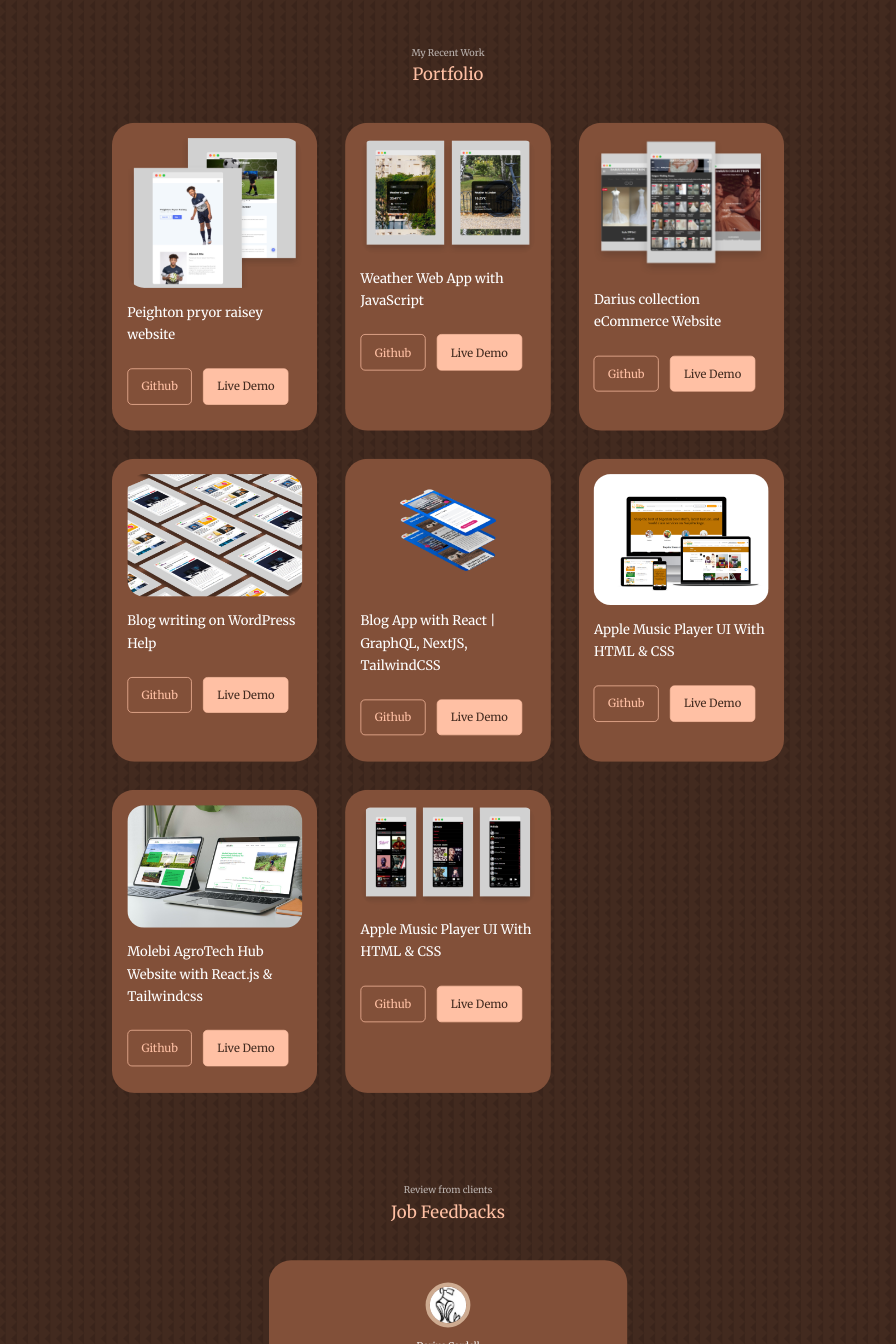
Repository: akinolapo/akinolapo-react
Page: /
The author's editor kept a copy of each file at every save. The page is drawn from the files as they stood at one save, then again after a run of saves.
The browser window is 1280 px wide. The pictures show the part of the page from y = 2976 to 4896 px (the page is 6514 px tall), at 70% of full size.
The project was rebuilt for these pictures with package versions that can differ from the ones it lists, and the page was loaded fresh each time.

Above is the page before, as saved 2023-06-12 16:11:48.

### public/index.html
<!DOCTYPE html>
<html lang="en">

<head>
    <meta charset="UTF-8">
    <meta http-equiv="X-UA-Compatible" content="IE=edge">
    <meta name="viewport" content="width=device-width, initial-scale=1.0">
    <meta
      name="description"
      content="I am a Front-end Developer who has worked for several companies. I have developed websites for small businesses, large companies and individuals."
    />
    <meta name="p:domain_verify" content="1e6b47b5f0d710033c44561e0f1e8f04"/>
    <link rel="apple-touch-icon" sizes="180x180" href="%PUBLIC_URL%/assets/apple-touch-icon.png">
    <link rel="icon" type="image/png" sizes="32x32" href="%PUBLIC_URL%/assets/favicon-32x32.png">
    <link rel="icon" type="image/png" sizes="16x16" href="%PUBLIC_URL%/assets/favicon-16x16.png">
    <link rel="manifest" href="%PUBLIC_URL%/assets/site.webmanifest">
    <link rel="mask-icon" href="%PUBLIC_URL%/assets/safari-pinned-tab.svg" color="#5bbad5">
    <meta name="msapplication-TileColor" content="#da532c">
    <meta name="theme-color" content="#ffffff">
    <title>Peace Akinola || Frontend Developer || IT Support Specialist</title>
</head>

<body>
    <div id="root"></div>
</body>

</html>

### src/App.jsx
import React from 'react'
import Header from './components/header/header'
import Nav from './components/nav/nav'
import About from './components/about/about'
import Experience from './components/experience/experience'
import Services from './components/services/services'
import Portfolio from './components/portfolio/portfolio'
import Review from './components/review/review'
import Contact from './components/contact/contact'
import Footer from './components/footer/footer'

const App = () => {
  return (
    <>
    <Header/>
    <Nav/>
    <About/>
    <Experience/>
    <Services/>
    <Portfolio/>
    <Review/>
    <Contact/>
    <Footer/>
    </>
  )
}

export default App

### src/components/header/header.jsx
import React from 'react'
import './header.css'
import CTA from './CTA'
// import ME from '../../assets/me.png'
import HeaderSocials from './headersocials'

const header = () => {
  return (
    <header>
      <div className="container header__container">
        <h5>Hello I'm</h5>
        <h1>Peace Akinola</h1>
        <h5 className="text-light">Frontend Developer</h5>
        <CTA/>
        <HeaderSocials/>

        <div className="me">
          <img src={process.env.PUBLIC_URL+`assets/me.png`} alt='me'></img>
        </div>

        <a href='#contact' className='scroll__down'>Scroll Down</a>
      </div>
    </header>
  )
}

export default header

### src/components/nav/nav.jsx
import React from 'react'
import './nav.css'
import {AiOutlineHome, AiOutlineUser, AiOutlineBook, AiOutlineMessage} from 'react-icons/ai'
import {RiServiceLine} from 'react-icons/ri'
import {BiBriefcase} from 'react-icons/bi'
import { useState } from 'react'

const Nav = () => {
  const [activeNav, setActiveNav] = useState('#')
  return (
    <nav>
      <a href='#' onClick={() => setActiveNav('#')} className={activeNav === '#' ? 'active' : ''}><AiOutlineHome/></a>
      <a href='#about' onClick={() => setActiveNav('#about')}  className={activeNav === '#about' ? 'active' : ''}><AiOutlineUser/></a>
      <a href='#experience' onClick={() => setActiveNav('#experience')}  className={activeNav === '#experience' ? 'active' : ''}><AiOutlineBook/></a>
      <a href='#services' onClick={() => setActiveNav('#services')}  className={activeNav === '#services' ? 'active' : ''}><RiServiceLine/></a>
      <a href='#portfolio' onClick={() => setActiveNav('#portfolio')}  className={activeNav === '#portfolio' ? 'active' : ''}><BiBriefcase/></a>
      <a href='#contact' onClick={() => setActiveNav('#contact')}  className={activeNav === '#contact' ? 'active' : ''}><AiOutlineMessage/></a>
    </nav>
  )
}

export default Nav

### src/components/about/about.jsx
import React from 'react'
import './about.css'
// import ME from '../../../public/assets/me-about.JPG'
import{FaAward} from 'react-icons/fa'
import{FiUsers} from 'react-icons/fi'
import{VscFolderLibrary} from 'react-icons/vsc'

const about = () => {
  return (
    <section id='about'>
      <h5>Get To Know</h5>
      <h2>About Me</h2>

      <div className="container about__container">
        <div className="about__me">
          <div className="about__me-img">
            <img src={process.env.PUBLIC_URL+`assets/me-about.JPG`} alt="Peace Akinola Working" />
          </div>
        </div>
        <div className="about__content">
          <div className="about__cards">
            <article className='about__card'>
              <FaAward className='about__icon'/>
              <h5>Experience</h5>
              <small>4+ Years Working</small>
            </article>

            <article className='about__card'>
              <FiUsers className='about__icon'/>
              <h5>Clients</h5>
              <small>20 + Worldwide</small>
            </article>

            <article className='about__card'>
              <VscFolderLibrary className='about__icon'/>
              <h5>Projects</h5>
              <small>50+ Completed</small>
            </article>
          </div>

          <p>
          Scrupulous web developer with over 4 years of front-end experience and admiration for responsive website design and a firm believer in the mobile-first approach.
          </p>
          <a href='#contact' className='btn btn-primary'>Let's Talk</a>
        </div>
      </div>
    </section>
  )
}

export default about

### src/components/portfolio/portfolio.jsx
import React from 'react'
import './portfolio.css'

// DATA ARRAY FOR PORTFOLIO DATA

const data =[
  {
  id: 1,
  image: process.env.PUBLIC_URL+`assets/portfolio1.png`,
  title: 'Peighton pryor raisey website',
  github: 'https://github.com/akinolapo',
  demo: 'https://p8on.net'
},
{
  id: 2,
  image: process.env.PUBLIC_URL+`assets/portfolio2.png`,
  title: 'Darius collection eCommerce Website',
  github: 'https://github.com/akinolapo',
  demo: 'https://www.dariuscordell.com'
},
{
  id: 3,
  image: process.env.PUBLIC_URL+`assets/portfolio3.png`,
  title: 'Blog App with React | GraphQL, NextJS, TailwindCSS',
  github: 'https://github.com/akinolapo/usefulhandles_blog',
  demo: 'https://wordpressvee.vercel.app'
},
{
  id: 4,
  image: process.env.PUBLIC_URL+`assets/portfolio4.png`,
  title: 'Blog writing on WordPress Help',
  github: 'https://github.com/akinolapo',
  demo: 'https://www.bookwebmaster.com'
},
{
  id: 5,
  image: process.env.PUBLIC_URL+`assets/portfolio5.png`,
  title: 'Weather Web App with JavaScript',
  github: 'https://github.com/akinolapo/cityWeatherApp',
  demo: 'https://weatherappforcities.netlify.app'
},
{
  id: 6,
  image: process.env.PUBLIC_URL+`assets/portfolio6.png`,
  title: 'Apple Music Player UI With HTML & CSS',
  github: 'https://github.com/akinolapo/ios-music-player',
  demo: 'https://ios-music-player.netlify.app/'
},
{
  id: 7,
  image: process.env.PUBLIC_URL+`assets/portfolio7.jpg`,
  title: 'Molebi AgroTech Hub Website with React.js & Tailwindcss',
  github: 'https://github.com/akinolapo/agric-tech',
  demo: 'https://molebi-agrotech-hub.pages.dev'
},
{
  id: 8,
  image: process.env.PUBLIC_URL+`assets/portfolio8.jpg`,
  title: 'Apple Music Player UI With HTML & CSS',
  github: 'https://github.com/akinolapo/ios-music-player',
  demo: 'https://ios-music-player.netlify.app/'
}
];

const shuffleArray = (array) => {
  const newArray = [...array];
  for (let i = newArray.length - 1; i > 0; i--) {
    const j = Math.floor(Math.random() * (i + 1));
    [newArray[i], newArray[j]] = [newArray[j], newArray[i]];
  }
  return newArray;
};

const portfolio = () => {
  const shuffledData = shuffleArray(data);
  return (
    <section id='portfolio'>
      <h5>My Recent Work</h5>
      <h2>Portfolio</h2>

      <div className="container portfolio__container">
       {
         shuffledData.map(({id, image, title, github, demo})=>{
           return (
            <article key={id} className='portfolio__item'>
            <div className="portfolio__item-image">
              <img src={image} alt={title}></img>
            </div>
            <h3>{title}</h3>
            <div className="portfolio__item-cta">
            <a href={github} rel="noreferrer" target='_blank' className='btn'>Github</a>
            <a href={demo} rel="noreferrer" target='_blank' className='btn btn btn-primary'>Live Demo</a>
            </div>
          </article>
           )
         })
       }
      </div>
    </section>
  )
}

export default portfolio

### src/components/footer/footer.jsx
import React from 'react'
import './footer.css'
import {FaFacebookF} from 'react-icons/fa'
import {FiInstagram} from 'react-icons/fi'
import {IoLogoTwitter} from 'react-icons/io'
import {FaPinterestP} from 'react-icons/fa'

const footer = () => {
  return (
    <footer>
        <a href='#' className='footer__logo'>Akinolapo</a>

        <ul className='permalinks'>
            <li><a href='#'>Home</a></li>
            <li><a href='#about'>About</a></li>
            <li><a href='#experience'>Experience</a></li>
            <li><a href='#services'>Services</a></li>
            <li><a href='#portfolio'>Portfolio</a></li>
            <li><a href='#review'>Reviews</a></li>
            <li><a href='#contact'>Contact</a></li>
        </ul>

        <div className="footer__socials">
        <a href='https://facebook.com/akinolapo.wp' target= "_blank" rel="noreferrer"><FaFacebookF/></a>
        <a href='https://instagram.com/akinolapo' target= "_blank" rel="noreferrer"><FiInstagram/></a>
        <a href='https://twitter.com/poakinola' target= "_blank" rel="noreferrer"><IoLogoTwitter/></a>
        <a href='https://www.pinterest.com/akinolapo' target= "_blank" rel="noreferrer"><FaPinterestP/></a>
        </div>

        <div className="footer__copyright">
            <small>&copy; Akinolapo. All rights reserved.</small>
        </div>
    </footer>
  )
}

export default footer

### src/components/header/header.css
header{
    height: 100vh;
    padding-top: 7rem;
    overflow: hidden;
}

.header__container{
    text-align: center;
    height: 100%;
    position: relative;
}

/*======================== CTA ========================*/
.cta{
    margin-top: 2.5rem;
    display: flex;
    gap: 1.2rem;
    justify-content: center;
}

/*======================== HEADER SOCIALS ========================*/
.header__socials{
    display: flex;
    flex-direction: column;
    align-items: center;
    gap: 0.8rem;
    position: absolute;
    left: 0;
    bottom: 3rem;
}

.header__socials::after{
    content: '';
    width: 1px;
    height: 2rem;
    background: var(--color-primary);
}

/*======================== ME ========================*/
.me{
    background: linear-gradient(var(--color-primary), transparent);
    width: 22rem;
    height: 30rem;
    position: absolute;
    left: calc(50% - 11rem);
    margin-top: 4rem;
    border-radius: 12rem 12rem 0 0;
    overflow: hidden;
    padding: 2rem 1.5rem 1.5rem 1.5rem;
}

/*======================== SCROLL DOWN ========================*/
.scroll__down{
    position: absolute;
    right: 2.3rem;
    bottom: 2.3rem;
    transform: rotate(90deg);
    font-weight: 200;
    font-size: 0.9rem;
}

/*======================== MEDIA QUERIES (TABLET DEVICES) ========================*/
@media screen and (max-width: 1024px) {
    header{
        height: 68vh;
    }
}

/*======================== MEDIA QUERIES (MOBILE DEVICES) ========================*/
@media screen and (max-width: 600px) {
   header{
       height: 100vh;
   }

   .header__socials, .scroll__down{
       display: none;
   }
}

### src/components/header/CTA.jsx
import React from 'react'
// import Resume from '../../assets/cv.pdf'

const CTA = () => {
  return (
    <div className='cta'>
        <a href= {process.env.PUBLIC_URL+`assets/cv.pdf`} download className='btn'>Download CV</a>
        <a href='#contact' className='btn btn-primary'>Let's Talk</a>
    </div>
  )
}

export default CTA

### src/components/header/headersocials.jsx
import React from 'react'
import {BsLinkedin} from 'react-icons/bs'
import {FaGithubAlt} from 'react-icons/fa'
import {FiDribbble} from 'react-icons/fi'

const headersocials = () => {
  return (
    <div className='header__socials'>
      <a href='https://www.linkedin.com/in/akinolapo' target= "new"><BsLinkedin/></a>
      <a href='https://github.com/akinolapo' target= "new"><FaGithubAlt/></a>
      <a href='https://twitter.com/poakinola' target= "new"><FiDribbble/></a>
    </div>
  )
}

export default headersocials

### src/components/nav/nav.css
nav{
    background: rgba(0,0,0,0.3);
    width: max-content;
    display: block;
    padding: 0.7rem 1.7rem;
    z-index: 2;
    position: fixed;
    left: 50%;
    transform: translate(-50%);
    bottom: 2rem;
    display: flex;
    gap: 0.8 rem;
    border-radius: 3rem;
    backdrop-filter: blur(15px);
}

nav a{
    background: transparent;
    padding: 0.8rem;
    border-radius: 50%;
    display: flex;
    color: var(--color-light);
    font-size: 1.1rem;
}

nav a:hover{
    background: rgab(0, 0, 0, 0.3);
}

nav a.active{
    background: var(--color-primary);
    color: var(--color-bg);
}

### src/components/experience/experience.css
.experience__container{
    display: grid;
    grid-template-columns: 1fr 1fr;
    gap: 2rem;
}

.experience__container > div {
    background: var(--color-bg-variant);
    padding: 2.4rem 5rem;
    border-radius: 2rem;
    border: 1px solid transparent;
    transition: var(--transition);
}

.experience__container > div:hover{
    border-color: var(--color-primary);
    background: transparent;
    color: var(--color-primary-variant);
    cursor: default;
}

.experience__container > div h3{
    text-align: center;
    margin-bottom: 2rem;
    color: var(--color-primary);
}

.experience__content{
    display: grid;
    grid-template-columns: 1fr 1fr;
    row-gap: 2rem;
}

.experience__details{
    display: flex;
    gap: 1rem;
}

.experience__details-icon{
    margin-top: 6px;
    color: var(--color-primary);
}

/*======================== MEDIA QUERIES (TABLET DEVICES) ========================*/
@media screen and (max-width: 1024px) {
    .experience__container{
        grid-template-columns: 1fr;
    }
    .experience__container >div {
        width: 80%;
        padding: 2rem;
        margin: 0 auto;
    }
    .experience__content{
        padding: 1rem;
    }

}

/*======================== MEDIA QUERIES (MOBILE DEVICES) ========================*/
@media screen and (max-width: 600px) {
  .experience__container{
      gap: 1rem;
  }

  .experience__container > div{
      width: 100%;
      padding: 2rem 1rem;
  }
}

### src/components/services/services.css
.services__container{
    display: grid;
    grid-template-columns: repeat(3, 1fr);
    gap: 3rem;
}

.service{
    background: var(--color-bg-variant);
    border-radius: 0 0 2rem 2rem;
    border:  1px solid var(--color-primary);
    height: fit-content;
    transition: var(--transition);
}

.service:hover{
    background: transparent;
    border-color: var(--color-primary-variant);
    cursor: default;
}

.service__head{
    background: var(--color-primary);
    padding: 2rem;
    border-radius: 0 0 2rem 2rem;
    box-shadow: 0 2rem 1rem rgba(0, 0, 0, 0.1);
}

.service__head h3{
    color: var(--color-bg);
    text-align: center;
}

.service__list{
    padding: 2rem;
}

.service__list li{
    display: flex;
    gap: 1rem;
    margin-bottom: 0.8rem;
}

.service__list-icon{
    color: var(--color-primary);
    margin-top: 2px;
}

.service__list p{
    font-size: 0.9rem;
}


/*======================== MEDIA QUERIES (TABLET DEVICES) ========================*/
@media screen and (max-width: 1024px) {
    .services__container{
        grid-template-columns: 1fr 1fr;
        gap: 2rem;
    }

    .service{
        height: auto;
    }
  }


/*======================== MEDIA QUERIES (MOBILE DEVICES) ========================*/
@media screen and (max-width: 600px) {
    .services__container{
        grid-template-columns: 1fr;
        gap: 1.5rem;
    }
  }

### src/components/portfolio/portfolio.css
.portfolio__container{
    display: grid;
    grid-template-columns: repeat(3, 1fr);
    gap: 2.5rem;
}

.portfolio__item{
    background: var(--color-bg-variant);
    padding: 1.3rem;
    border-radius: 2rem;
    border: 1px solid transparent;
    transition: var(--transition);
}

.portfolio__item:hover{
    border-color: var(--color-primary-variant);
    background: transparent;
}

.portfolio__item-image{
    border-radius: 1.5rem;
    overflow: hidden;
}

.portfolio__item h3{
    margin: 1.2rem 0 2rem;
}

.portfolio__item-cta{
    display: flex;
    gap: 1rem;
    margin-bottom: 1rem;
}

/*======================== MEDIA QUERIES (TABLET DEVICES) ========================*/
@media screen and (max-width: 1024px) {
    .portfolio__container{
        grid-template-columns: 1fr 1fr;
        gap: 1.2rem;
    }
  }


/*======================== MEDIA QUERIES (MOBILE DEVICES) ========================*/
@media screen and (max-width: 600px) {
    .portfolio__container{
        grid-template-columns: 1fr;
        gap: 1rem;
    }
  }

### src/components/review/review.css
.container.review__container{
    width: 40%;
    padding-bottom: 4rem;
}

.client__avatar{
    width: 4rem;
    aspect-ratio: 1/1;
    overflow: hidden;
    border-radius: 50%;
    margin: 0 auto 1rem;
    border: 0.4rem solid var(--color-primary-variant);
}

.review{
    background: var(--color-bg-variant);
    text-align: center;
    padding: 2rem;
    border-radius: 2rem;
    user-select: none;
}

.client__review{
    color: var(--color-light);
    font-weight: 300;
    display: block;
    width: 80%;
    margin: 0.8rem auto 0;
}

.swiper-pagination-clickable .swiper-pagination-bullet{
    background: var(--color-primary);
}

/*======================== MEDIA QUERIES (TABLET DEVICES) ========================*/
@media screen and (max-width: 1024px) {
    .container.review__container{
       width: 60%;
   }
}

/*======================== MEDIA QUERIES (MOBILE DEVICES) ========================*/
@media screen and (max-width: 600px) {
    .container.review__container{
        width: var(--container-width-sm);
    }

    .client__review{
        width: var(--container-width-sm);
    }
}

### src/components/contact/contact.css
.container.contact__container{
    width: 58%;
    display: grid;
    grid-template-columns: 30% 50%;
    gap: 12rem;
}

.contact__options{
    display: flex;
    flex-direction: column;
    gap: 1.2rem;
}

.contact__option{
    background: var(--color-bg-variant);
    padding: 1.2rem;
    border-radius: 1.2rem;
    text-align: center;
    border: 1px solid transparent;
    transition: var(--transition);
}

.contact__option:hover {
    background: transparent;
    border-color: var(--color-primary-variant);
}

.contact__option-icon{
    font-size: 1.5rem;
    margin-bottom: 0.5rem;
}

.contact__option a{
    margin-top: .5rem;
    display: inline-block;
}

/*********************** FORM ***********************/
form{
    display: flex;
    flex-direction: column;
    gap: 1.2rem;
}

input, textarea{
    width: 100%;
    padding: 1.5rem;
    border-radius: 0.5rem;
    background: transparent;
    border: 2px solid var(--color-primary-variant);
    resize: none;
    color: var(--color-white);
}

/*======================== MEDIA QUERIES (TABLET DEVICES) ========================*/
@media screen and (max-width: 1024px) {
    .container.contact__container{
        grid-template-columns: 1fr;
        gap: 2rem;
    }
  }


/*======================== MEDIA QUERIES (MOBILE DEVICES) ========================*/
@media screen and (max-width: 600px) {
   .container.contact__container{
       grid-template-columns: 1fr;
       width: var(--container-width-sm);
   }
  }

### src/components/footer/footer.css
footer{
    background: var(--color-primary);
    padding: 3rem 0;
    text-align: center;
    font-size: .9rem;
    margin-top: 7rem;
}

footer a{
    color: var(--color-bg);
}

.footer__logo{
    font-size: 2rem;
    font-weight: 500;
    margin-bottom: 2rem;
    display: inline-block;
}

.permalinks{
    display: flex;
    flex-wrap: wrap;
    justify-content: center;
    gap: 2rem;
    margin: 0 auto 3rem;
    transition: var(--transition);
}

.footer__socials{
    display: flex;
    justify-content: center;
    gap: 1rem;
    margin-bottom: 4rem;
}

.footer__socials a{
    background: var(--color-bg);
    color: var(--color-white);
    padding: 0.8rem;
    border-radius: 0.7rem;
    display: flex;
    border: 1px solid transparent;
    transition: var(--transition);
}

.footer__socials a:hover{
    background: transparent;
    color: var(--color-bg);
    border-color: var(--color-bg);
}

.footer__copyright{
    margin-bottom: 4rem;
    color: var(--color-bg);
}

/*======================== MEDIA QUERIES (MOBILE DEVICES) ========================*/
@media screen and (max-width: 600px) {
    .permalinks{
        flex-direction: column;
        gap: 1.5rem;
    }

    .footer__socials{
        margin-bottom: 2.6rem;
    }
   }

Loaded but not shown: src/index.js (5 lines, source omitted); src/components/experience/experience.jsx (122 lines, source omitted); src/components/services/services.jsx (110 lines, source omitted); src/components/review/review.jsx (70 lines, source omitted); src/index.css (138 lines, source omitted); src/components/contact/contact.jsx (59 lines, source omitted); src/components/about/about.css (111 lines, source omitted)

After the next 3 saves:
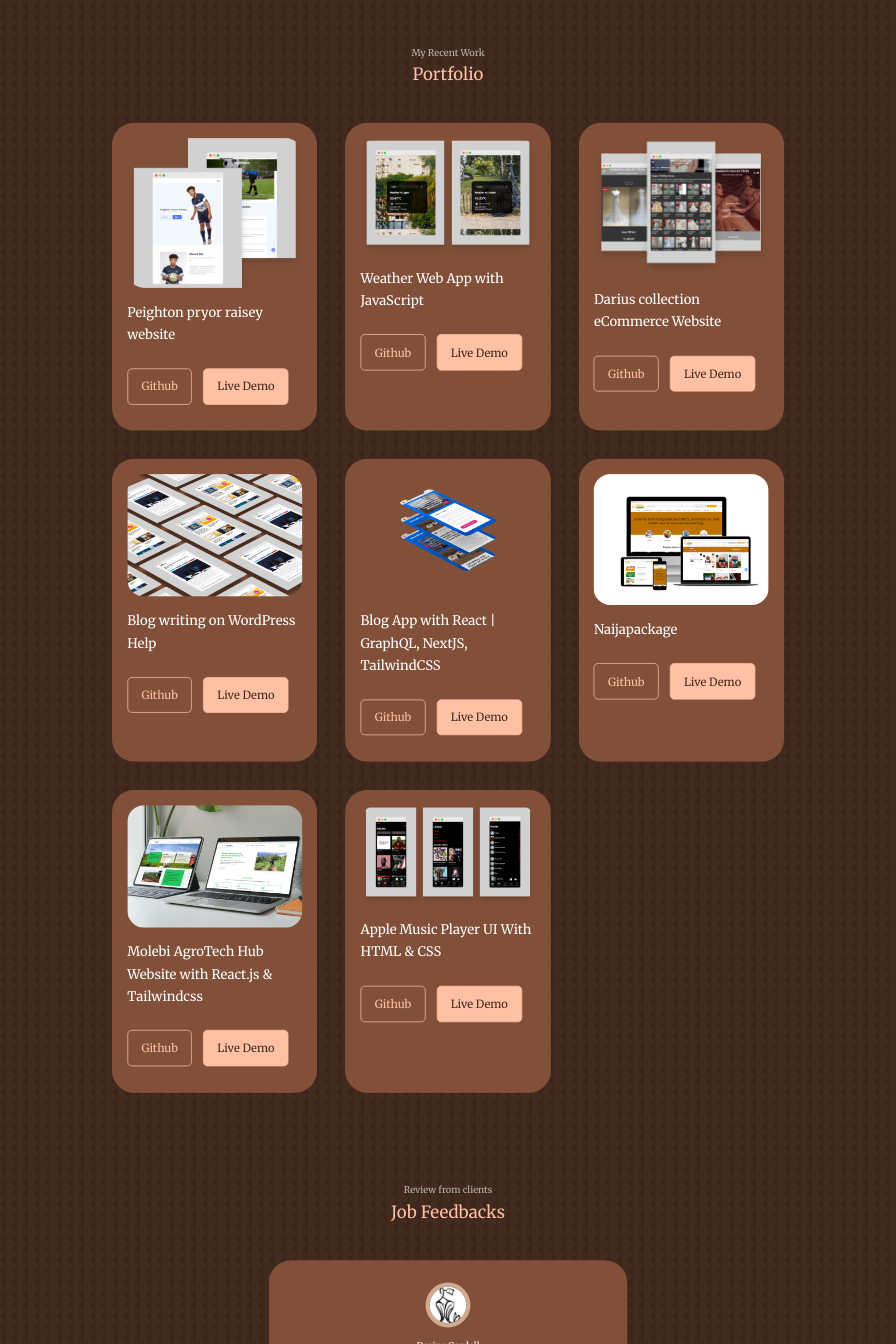
The 3 saves are shown as one change because they came seconds apart.
The last was saved 11 s later.
--- a/src/components/portfolio/portfolio.jsx
+++ b/src/components/portfolio/portfolio.jsx
@@ -56,7 +56,7 @@ const data =[
 {
   id: 8,
   image: process.env.PUBLIC_URL+`assets/portfolio8.jpg`,
-  title: 'Apple Music Player UI With HTML & CSS',
+  title: 'Naijapackage',
   github: 'https://github.com/akinolapo/ios-music-player',
   demo: 'https://ios-music-player.netlify.app/'
 }
